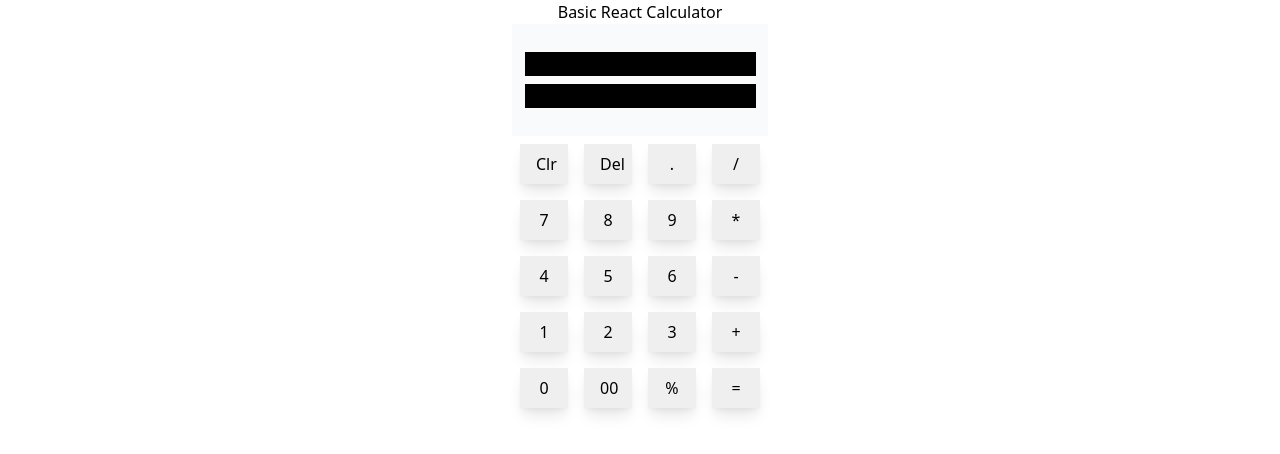
Repository: latenightsnacc/React-Calculator
Page: / (app in docs/react-calculator/)
The author's editor kept a copy of each file at every save. The page is drawn from the files as they stood at one save, then again after the next save.
The browser window is 1280 px wide. The pictures show the whole page.
The project was rebuilt for these pictures with package versions that can differ from the ones it lists, and the page was loaded fresh each time. Also part of the build but not shown: docs/react-calculator/craco.config.js.

Above is the page before, as saved 2021-11-11 15:49:20.

### docs/react-calculator/src/components/Calculator.js
import React, { Component } from 'react'
import CalculatorTitle from './CalculatorTitle'
import CalculatorScreen from './CalculatorScreen'
import Button from './Button'

class Calculator extends Component {
    render() {
        return (
            <div className="w-full flex flex-col justify-center items-center">
                <CalculatorTitle value="Basic React Calculator" />
                <div className="calculator-body">
                    <CalculatorScreen />
                    <div className="button-row">
                        <Button label={'Clr'} />
                        <Button label={'Del'} />
                        <Button label={'.'}/>
                        <Button label={'/'}/>
                    </div>
                    <div className="button-row">
                        <Button label={'7'}/>
                        <Button label={'8'}/>
                        <Button label={'9'}/>
                        <Button label={'*'}/>
                    </div>
                    <div className="button-row">
                        <Button label={'4'}/>
                        <Button label={'5'}/>
                        <Button label={'6'}/>
                        <Button label={'-'}/>
                    </div>
                    <div className="button-row">
                        <Button label={'1'}/>
                        <Button label={'2'}/>
                        <Button label={'3'}/>
                        <Button label={'+'}/>
                    </div>
                    <div className="button-row">
                        <Button label={'0'}/>
                        <Button label={'00'}/>
                        <Button label={'%'}/>
                        <Button label={'='}/>
                    </div>

                </div>
            </div>
        )
    }
}

export default Calculator

### docs/react-calculator/src/components/CalculatorTitle.js
import React from 'react'

function CalculatorTitle(props) {
    return (
        <div className='calculator-title'>
            {props.value}
        </div>
    )
}

export default CalculatorTitle

### docs/react-calculator/src/components/CalculatorScreen.js
import React from 'react'
import CalculatorOutputRow from './CalculatorOutputRow'

const CalculatorScreen = () => {
    return (
        <div className="bg-gray-50 flex flex-col items-center justify-center w-full h-28">
            <CalculatorOutputRow/>
            <CalculatorOutputRow/>
        </div>
    )
}

export default CalculatorScreen;

### docs/react-calculator/src/components/Button.js
import React from 'react'

const Button = (props) => {
    return(
        <input className="shadow-lg w-12 m-2 py-2 px-4"
            type="button"
            value={props.label}
        />
    )
}

export default Button;

### docs/react-calculator/src/components/CalculatorOutputRow.js
import React from 'react';

const CalculatorOutputRow = () => {
    return(
        <div className="p-1">
            <input className="bg-black w-full" type="text" readOnly />
        </div>
    )
}

export default CalculatorOutputRow

Loaded but not shown: docs/react-calculator/public/index.html (common file); docs/react-calculator/src/index.js (common file); docs/react-calculator/src/index.css (common file); docs/react-calculator/src/App.js (common file); docs/react-calculator/src/reportWebVitals.js (common file); docs/react-calculator/tailwind.config.js (common file)

After the next save:
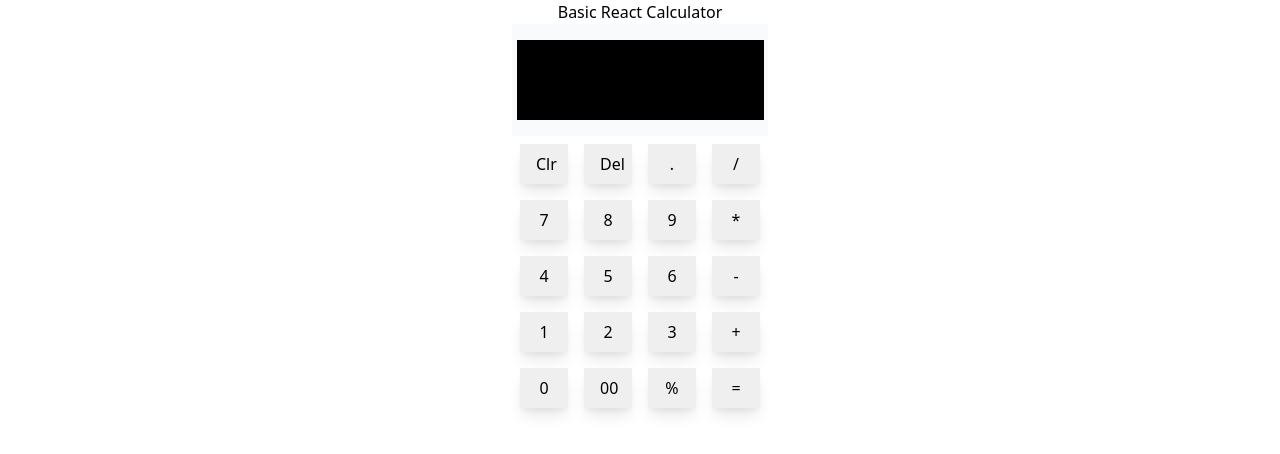
Saved 13 s later.
--- a/docs/react-calculator/src/components/CalculatorOutputRow.js
+++ b/docs/react-calculator/src/components/CalculatorOutputRow.js
@@ -2,8 +2,8 @@ import React from 'react';
 
 const CalculatorOutputRow = () => {
     return(
-        <div className="p-1">
-            <input className="bg-black w-full" type="text" readOnly />
+        <div className="">
+            <input className="bg-black p-2 w-full" type="text" readOnly />
         </div>
     )
 }
